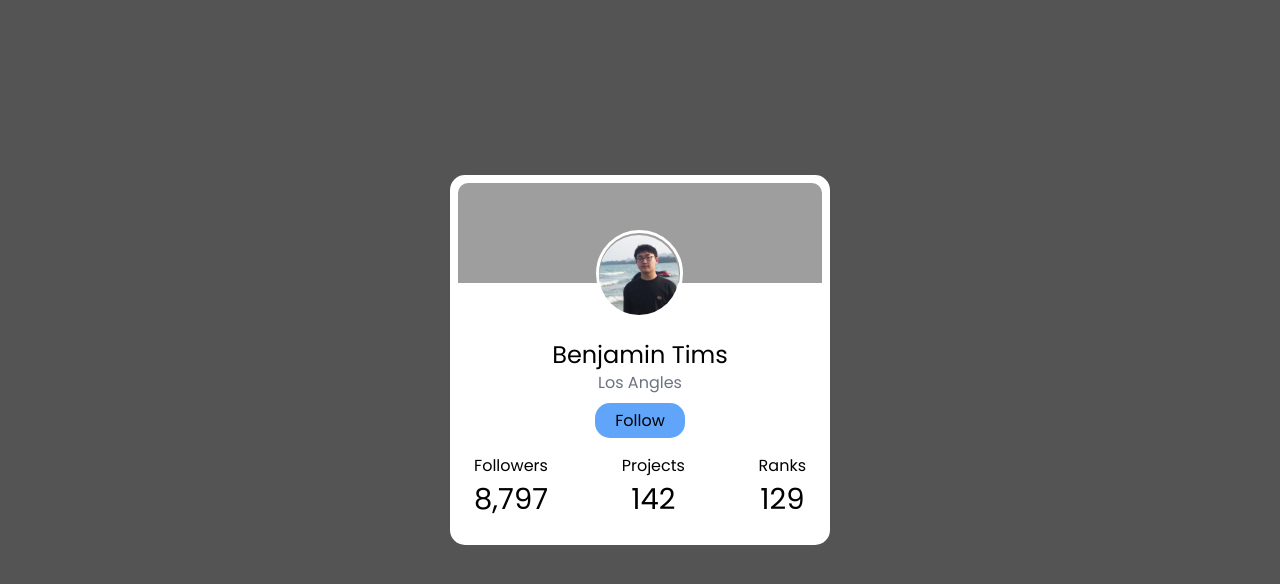
Repository: varotsk137/INT203_62130500080
Page: 62130500080_groupwork_2/myprofile.html
These files come from the project's save history. The page is drawn as it stood at one moment and after the next save; the edit follows.
The browser window is 1280 px wide. The pictures show the whole page.
Pictures or frames that could not be fetched are drawn as grey boxes.

Above is the page before, as saved 2021-02-03 10:59:31.

### 62130500080_groupwork_2/myprofile.html
<!DOCTYPE html>
<html lang="en">

<head>
  <meta charset="UTF-8" />
  <meta name="viewport" content="width=device-width, initial-scale=1.0" />
  <title>Basic Vue Js - HelloWorld App</title>

  <!-- https://google.github.io/material-design-icons/#icon-font-for-the-web -->
  <!-- Using via Google Web Fonts -->
  <link href="https://fonts.googleapis.com/icon?family=Material+Icons" rel="stylesheet" />

  <!-- https://tailwindcss.com/docs/installation -->
  <!-- Using Tailwind via CDN -->
  <link href="https://unpkg.com/tailwindcss@^2/dist/tailwind.min.css" rel="stylesheet" />

  <!-- https://v3.vuejs.org/guide/installation.html#release-notes -->
  <!-- Vue CDN -->
  <script src="https://unpkg.com/vue@next"></script>

  <style>
    @import url("https://fonts.googleapis.com/css2?family=Poppins:weight@100;200;300;400;500;600;700;800&display=swap");

    body {
      background-color: #545454;
      font-family: "Poppins", sans-serif;
      font-weight: 300
    }

    .container {
      height: 100vh
    }

    .card {
      width: 380px;
      border: none;
      border-radius: 15px;
      padding: 8px;
      background-color: #fff;
      position: relative;
      height: 370px
    }

    .upper {
      height: 100px
    }

    .upper img {
      width: 100%;
      border-top-left-radius: 10px;
      border-top-right-radius: 10px
    }

    .user {
      position: relative
    }

    .profile img {
      height: 80px;
      width: 80px;
      margin-top: 2px
    }

    .profile {
      position: absolute;
      top: -53px;
      left: 38%;
      height: 87px;
      width: 87px;
      border: 3px solid #fff;
      border-radius: 50%
    }

    .follow {
      border-radius: 15px;
      padding-left: 20px;
      padding-right: 20px;
      height: 35px
    }

    .stats span {
      font-size: 29px
    }
  </style>
</head>

<body>
  <div id="app" class="container flex justify-center items-center">
    <div class="card">
      <div class="upper"> <img :src="bg" class="h-full"> </div>
      <div class="user text-center justify-center">
        <div class="profile"> <img :src="me" class="rounded-full" width="80"> </div>
      </div>
      <div class="mt-14 text-center">
        <h4 class="mb-0 text-2xl">Benjamin Tims</h4> <span class="text-muted block mb-2 text-gray-500">Los Angles</span> <button
          class="follow bg-blue-400">Follow</button>
        <div class="flex justify-between items-center mt-4 px-4">
          <div class="stats">
            <h6 class="mb-0">Followers</h6> <span>8,797</span>
          </div>
          <div class="stats">
            <h6 class="mb-0">Projects</h6> <span>142</span>
          </div>
          <div class="stats">
            <h6 class="mb-0">Ranks</h6> <span>129</span>
          </div>
        </div>
      </div>
    </div>
  </div>

  <!-- my main.js -->
  <script src="./profile.js"></script>
</body>

</html>

### 62130500080_groupwork_2/profile.js
const app = {
    data() {
        return {
                bg: "./images/bg.png"
            ,   me: "./images/me.jpg"

        }
    }
    ,created() {
        console.log("message is: "+this.msg)
    }
    , updated (){
        console.log("message change to: "+this.msg)
    }


}


var mountedApp = Vue.createApp(app).mount('#app');

After the next save:
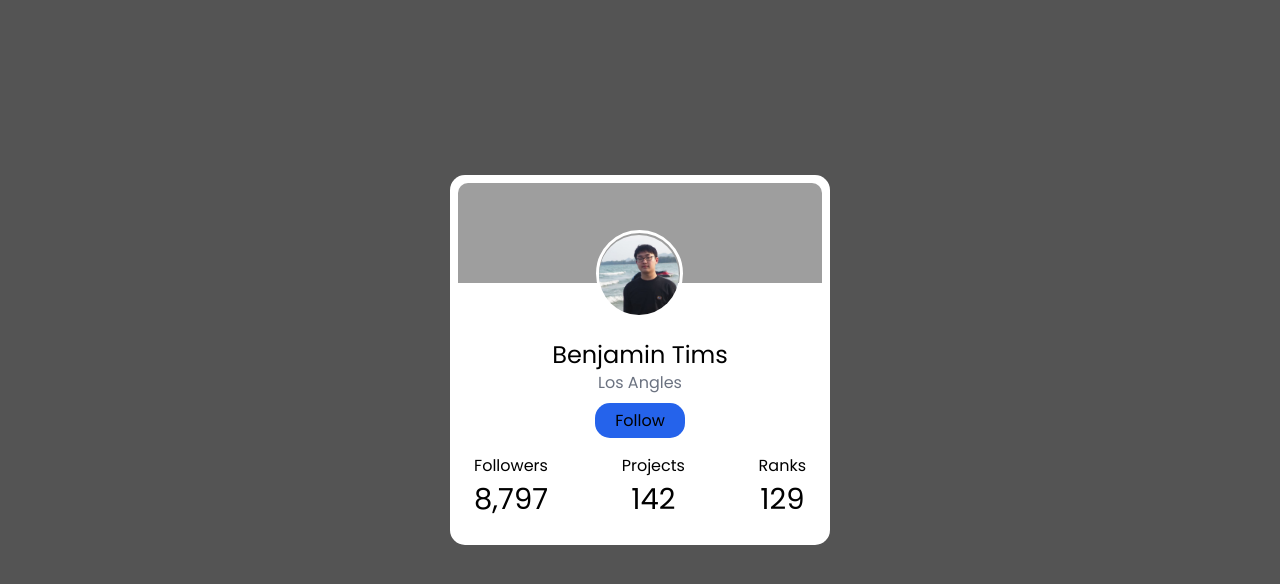
Saved 4 s later.
--- a/62130500080_groupwork_2/myprofile.html
+++ b/62130500080_groupwork_2/myprofile.html
@@ -93,7 +93,7 @@
       </div>
       <div class="mt-14 text-center">
         <h4 class="mb-0 text-2xl">Benjamin Tims</h4> <span class="text-muted block mb-2 text-gray-500">Los Angles</span> <button
-          class="follow bg-blue-400">Follow</button>
+          class="follow bg-blue-600">Follow</button>
         <div class="flex justify-between items-center mt-4 px-4">
           <div class="stats">
             <h6 class="mb-0">Followers</h6> <span>8,797</span>
